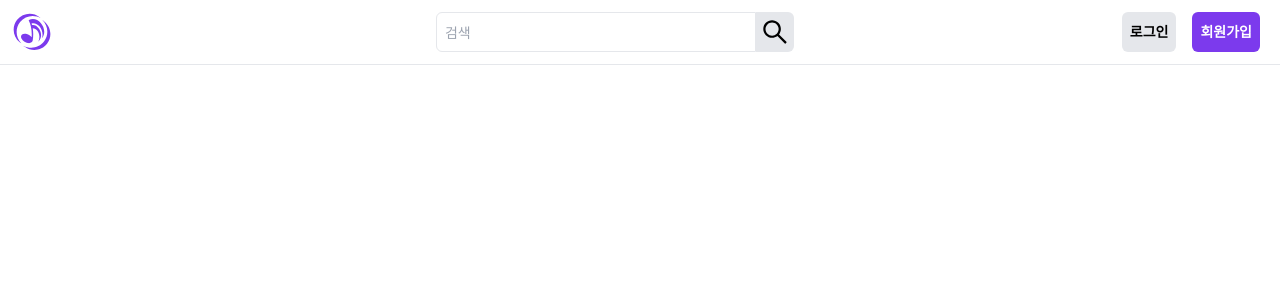
Repository: momo0170/streaming
Page: /
The author's editor kept a copy of each file at every save. The page is drawn from the files as they stood at one save, then again after the next save.
The browser window is 1280 px wide. The pictures show the whole page.
The project was rebuilt for these pictures with package versions that can differ from the ones it lists, and the page was loaded fresh each time. Also part of the build but not shown: src/App.css.

Above is the page before, as saved 2023-09-18 17:53:13.

After the next save:
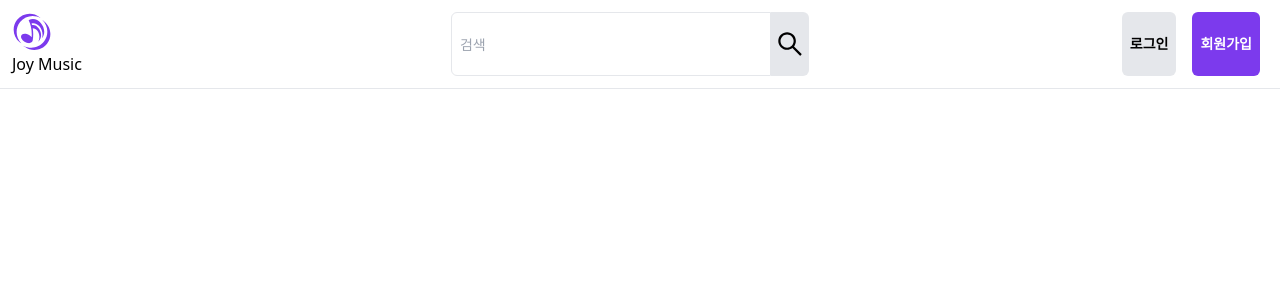
Saved 97 s later.
--- a/src/components/Header.jsx
+++ b/src/components/Header.jsx
@@ -8,6 +8,7 @@ export default function Header() {
     <header className="flex justify-between p-3 border-b">
       <Link to="/">
         <GiMusicSpell size="40" color="#7c3aed" />
+        <div>Joy Music</div>
       </Link>
       <form className="flex transform translate-x-8">
         <input
